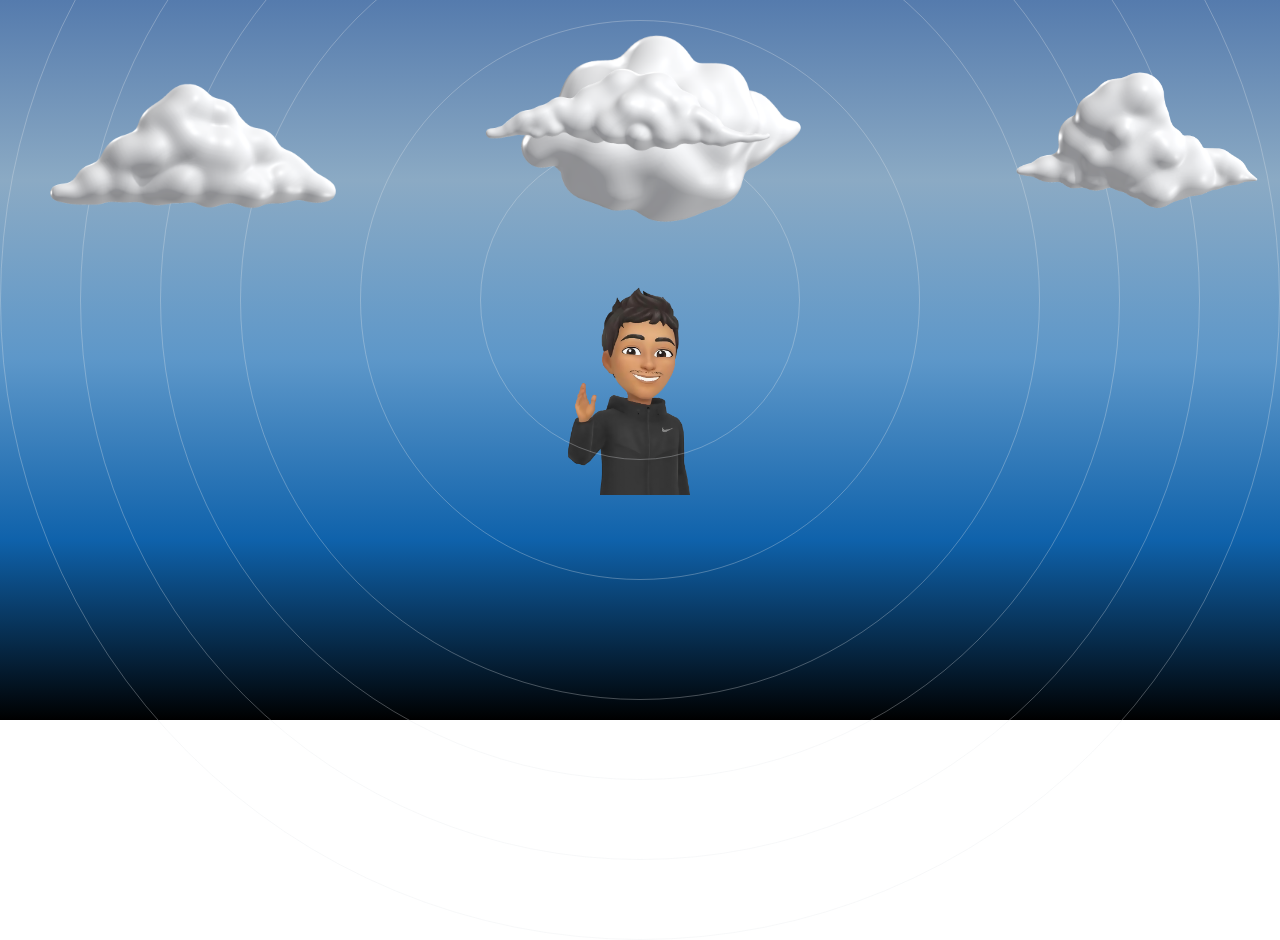
Repository: GG1627/2d-portfolio
Page: /
The author's editor kept a copy of each file at every save. The page is drawn from the files as they stood at one save, then again after the next save.
The browser window is 1280 px wide. The pictures show the whole page.
The project was rebuilt for these pictures with package versions that can differ from the ones it lists, and the page was loaded fresh each time. The framework's server and built-in components were replaced by stand-ins that run in the browser. Also part of the build but not shown: next.config.ts.

Above is the page before, as saved 2025-01-07 15:38:45.

After the next save:
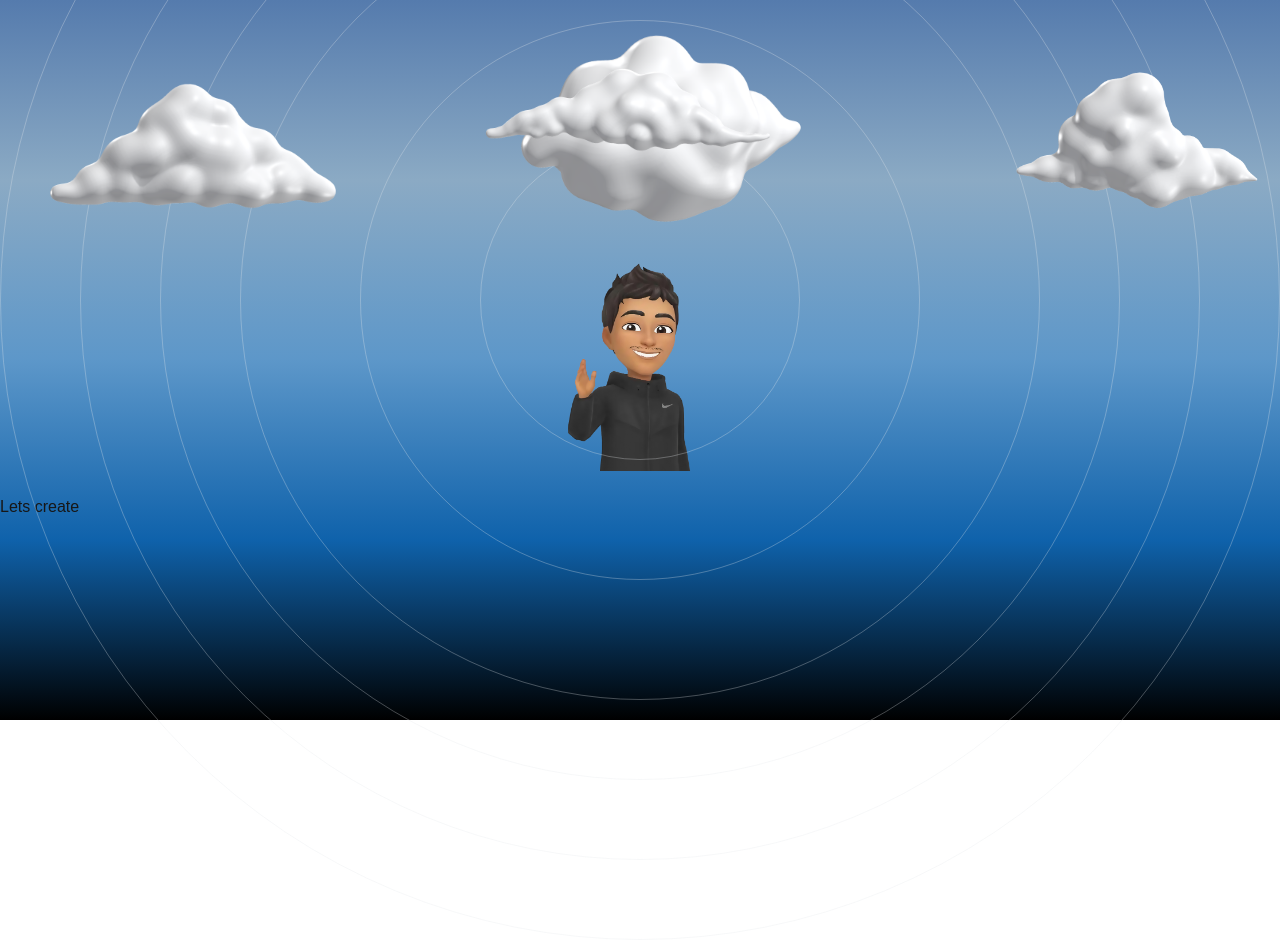
Saved 89 s later.
--- a/app/components/ui/Hero.tsx
+++ b/app/components/ui/Hero.tsx
@@ -1,6 +1,5 @@
 "use client";
 import Image from "next/image";
-import Avatar from "../assets/avatar.png";
 import { TypeAnimation } from "react-type-animation";
 import React, { useRef } from "react";
 import ParallaxClouds from "./Clouds";
@@ -16,7 +15,7 @@
       }}
       className="overflow-x-clip min-h-screen pt-12 flex items-center justify-center"
     >
-      <div className="container mx-auto relative">
+      <div className="container mx-auto relative space-y-6">
         <Image
           src="/avatar.png"
           alt="avatar"
@@ -24,6 +23,7 @@
           width={250}
           height={250}
         />
+        <h1 className="">Lets create</h1>
       </div>
       <ParallaxClouds />
     </div>
